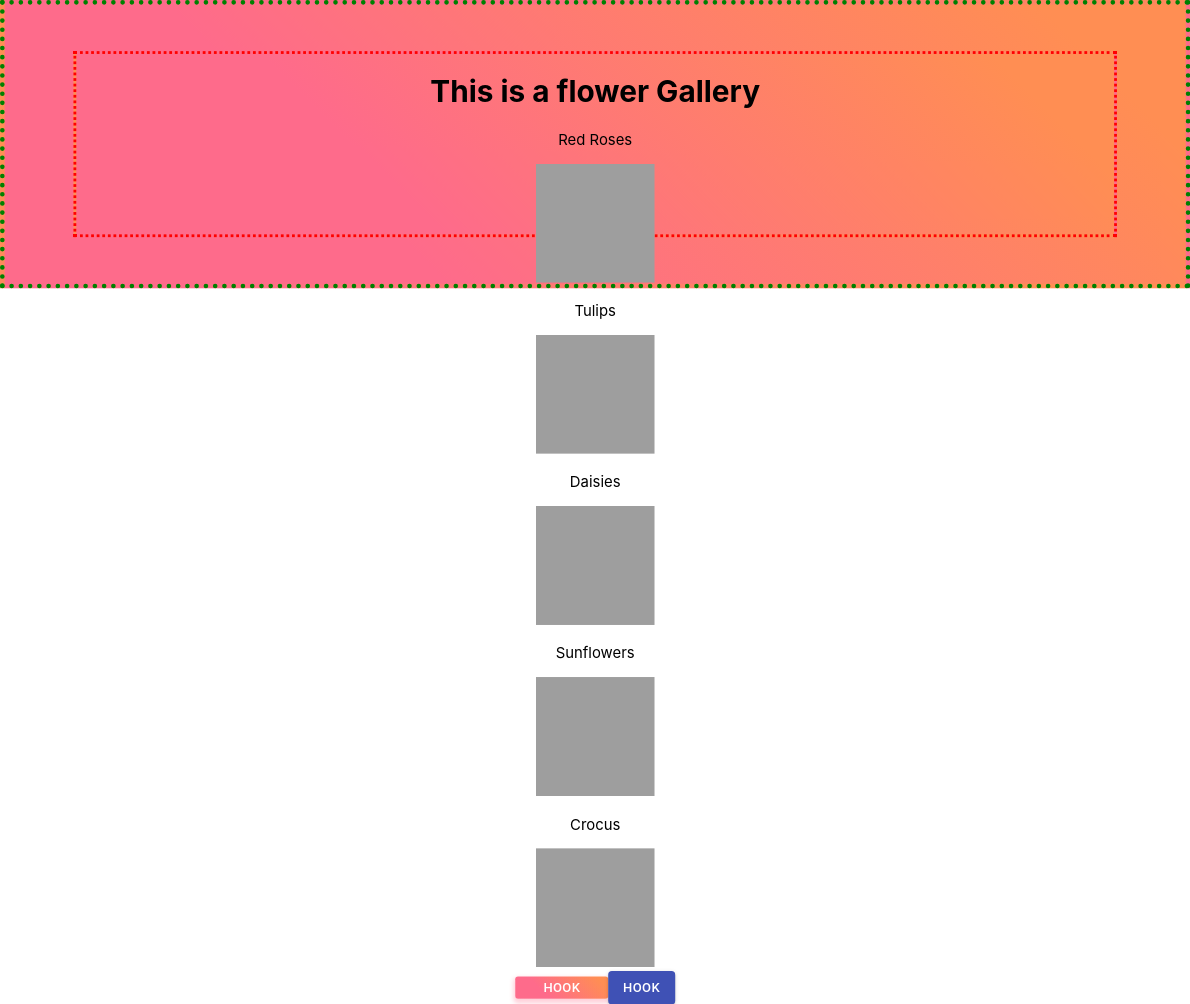
Repository: DevLuDaley/react-flower-shop
Page: /
The author's editor kept a copy of each file at every save. The page is drawn from the files as they stood at one save, then again after the next save.
The browser window is 1280 px wide. The pictures show the whole page, at 93% of full size.
Pictures or frames that could not be fetched are drawn as grey boxes. The project was rebuilt for these pictures with package versions that can differ from the ones it lists, and the page was loaded fresh each time.

Above is the page before, as saved 2021-02-19 21:47:40.

After the next save:
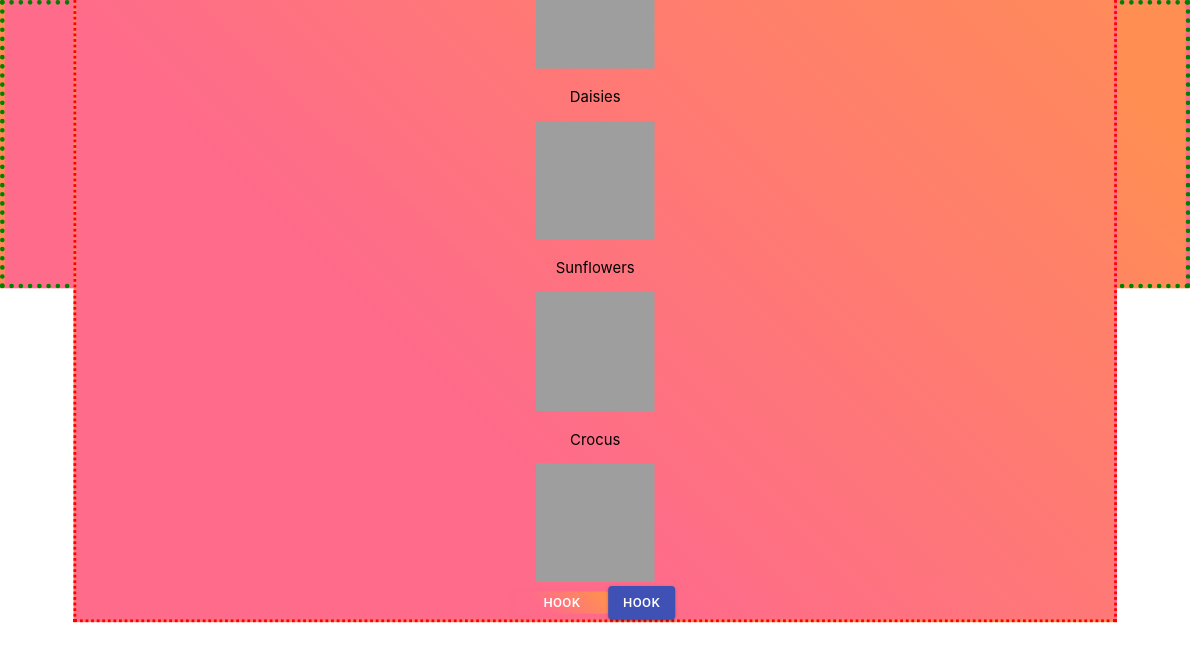
Saved 5 s later.
--- a/src/Containers/FlowersContainer.js
+++ b/src/Containers/FlowersContainer.js
@@ -18,9 +18,9 @@ const useStyles = makeStyles({
     padding: '0 30px',
     // display: 'flex',
     justifyContent: 'center',
-    // alignItems: 'center',
+    alignItems: 'center',
     textAlign: 'center',
-    height: '200px',
+    // height: '200px',
     border: '3px dotted red'
   },
 });
